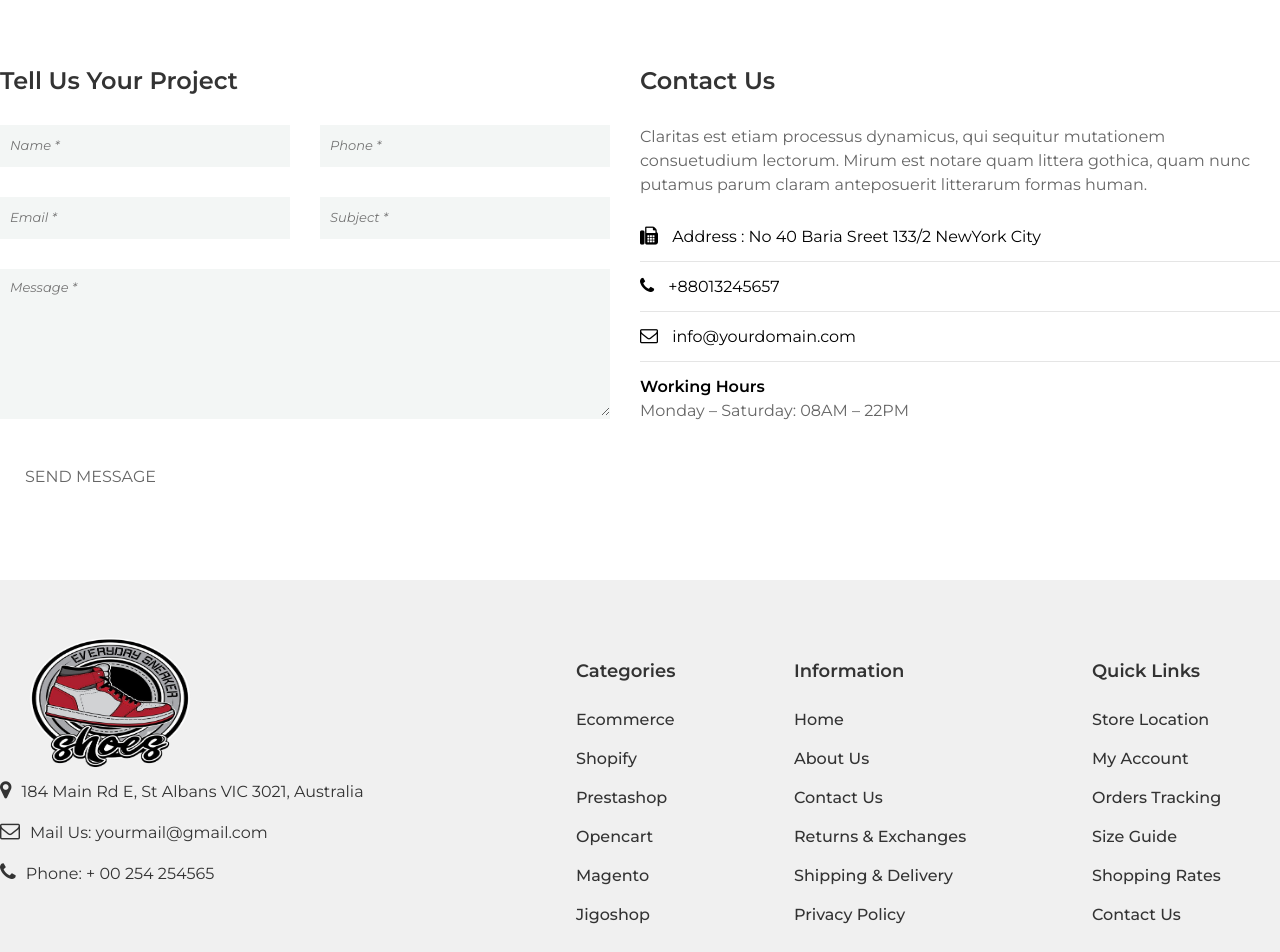
Repository: Toan3333/TranAnhToan
Page: pages/contact.html
The author's editor kept a copy of each file at every save. The page is drawn from the files as they stood at one save, then again after the next save.
The browser window is 1280 px wide. The pictures show the part of the page from y = 338 to 1290 px (the page is 1362 px tall).
The pointer rests on the first visible `.btn`.

Above is the page before, as saved 2023-02-16 11:29:53.

After the next save:
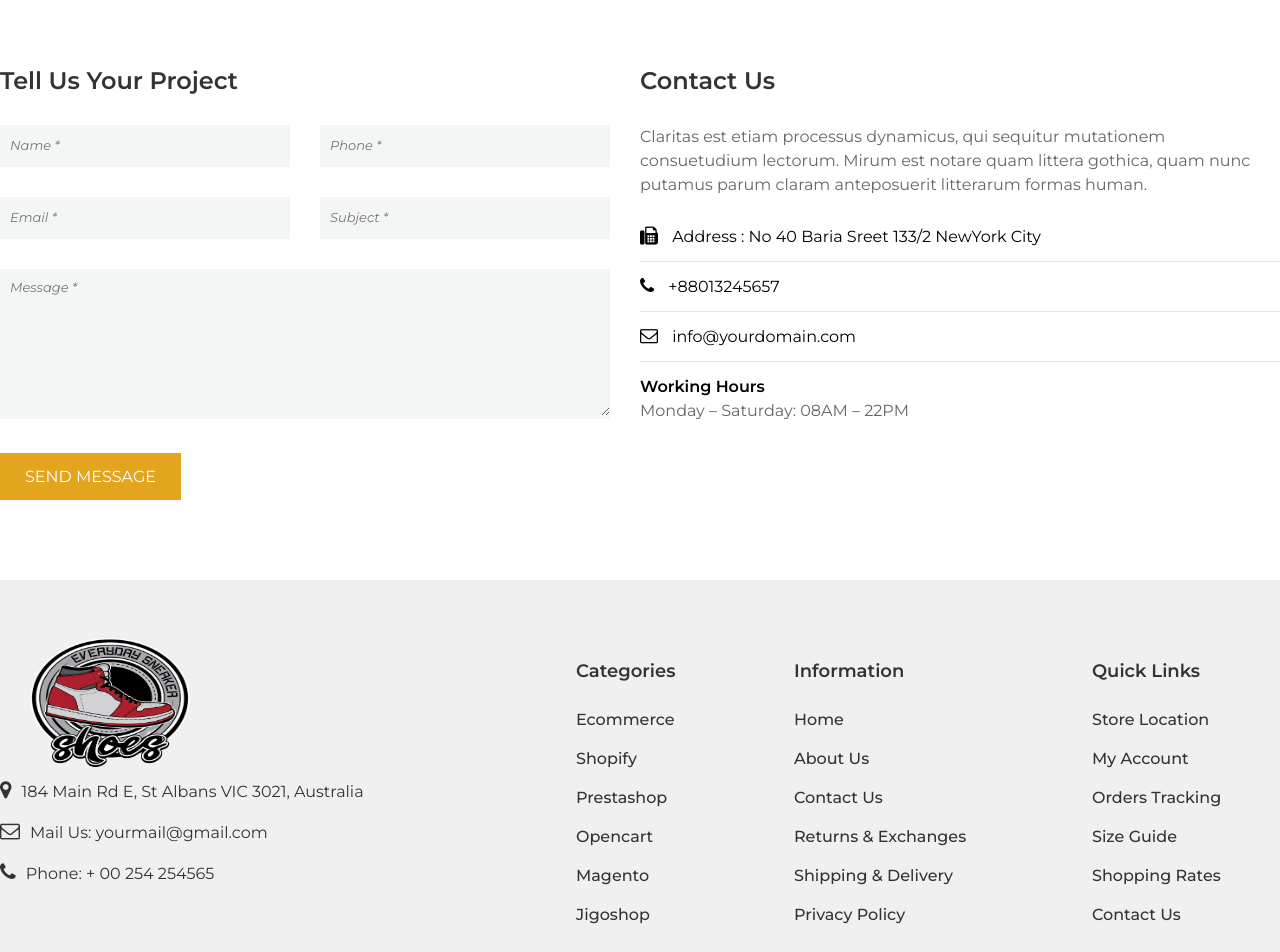
Saved 98 s later.
--- a/css/style.css
+++ b/css/style.css
@@ -960,8 +960,8 @@
   border: none;
 }
 .btn:hover {
-  color: #666666;
-  background-color: #fff;
+  color: white;
+  background-color: #e3a51e;
 }
 .contact-col-right {
   width: 50%;
